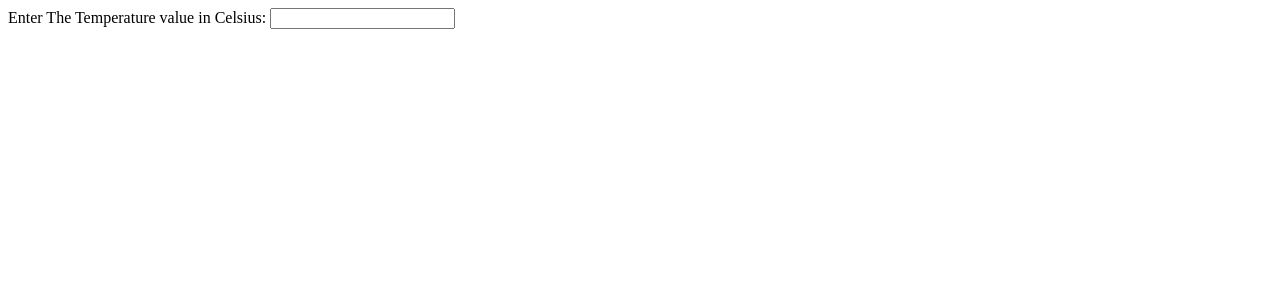
Repository: Gramastha/backup
Page: javascript/JavaScript-Assignment/Q1.html
The author's editor kept a copy of each file at every save. The page is drawn from the files as they stood at one save, then again after the next save.
The browser window is 1280 px wide. The pictures show the whole page.

Above is the page before, as saved 2017-01-05 11:54:51.

### javascript/JavaScript-Assignment/Q1.html
<!doctype html>
<html lang="en">
<head>
	<meta charset="UTF-8" />
	<title>Q1</title>
	<script >
		function calc(){
			var c= document.querySelector("#temp").value;
			var f= c*9/5 +32;
			alert(c+" C is equal to "+f+" F")
		}
	</script>
</head>
<body>
	Enter The Temperature value in Celsius:
	<input type="text" id="temp" onchange="calc()"/>
</body>
</html>

After the next save:
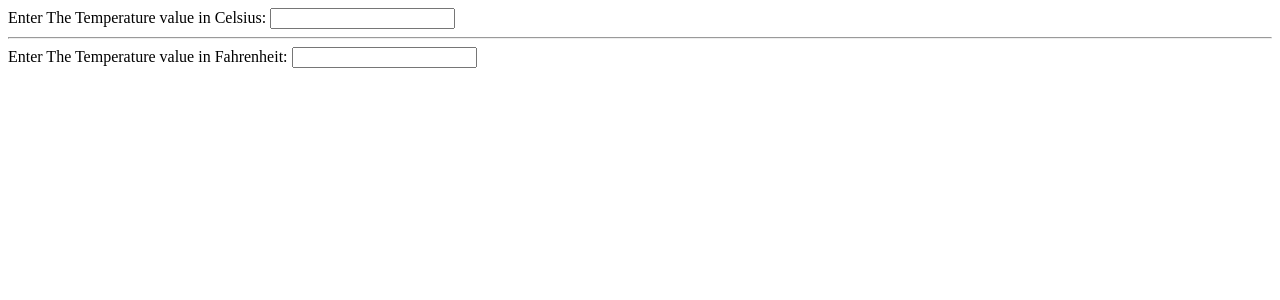
Saved 2 min 23 s later.
--- a/javascript/JavaScript-Assignment/Q1.html
+++ b/javascript/JavaScript-Assignment/Q1.html
@@ -4,8 +4,8 @@
 	<meta charset="UTF-8" />
 	<title>Q1</title>
 	<script >
-		function calc(){
-			var c= document.querySelector("#temp").value;
+		function calcf(){
+			var c= document.querySelector("#c").value;
 			var f= c*9/5 +32;
 			alert(c+" C is equal to "+f+" F")
 		}
@@ -13,6 +13,9 @@
 </head>
 <body>
 	Enter The Temperature value in Celsius:
-	<input type="text" id="temp" onchange="calc()"/>
+	<input type="text" id="c" onchange="calcf()"/>
+	<hr />
+	Enter The Temperature value in Fahrenheit:
+	<input type="text" id="f" onchange="calc()"/>
 </body>
 </html>
